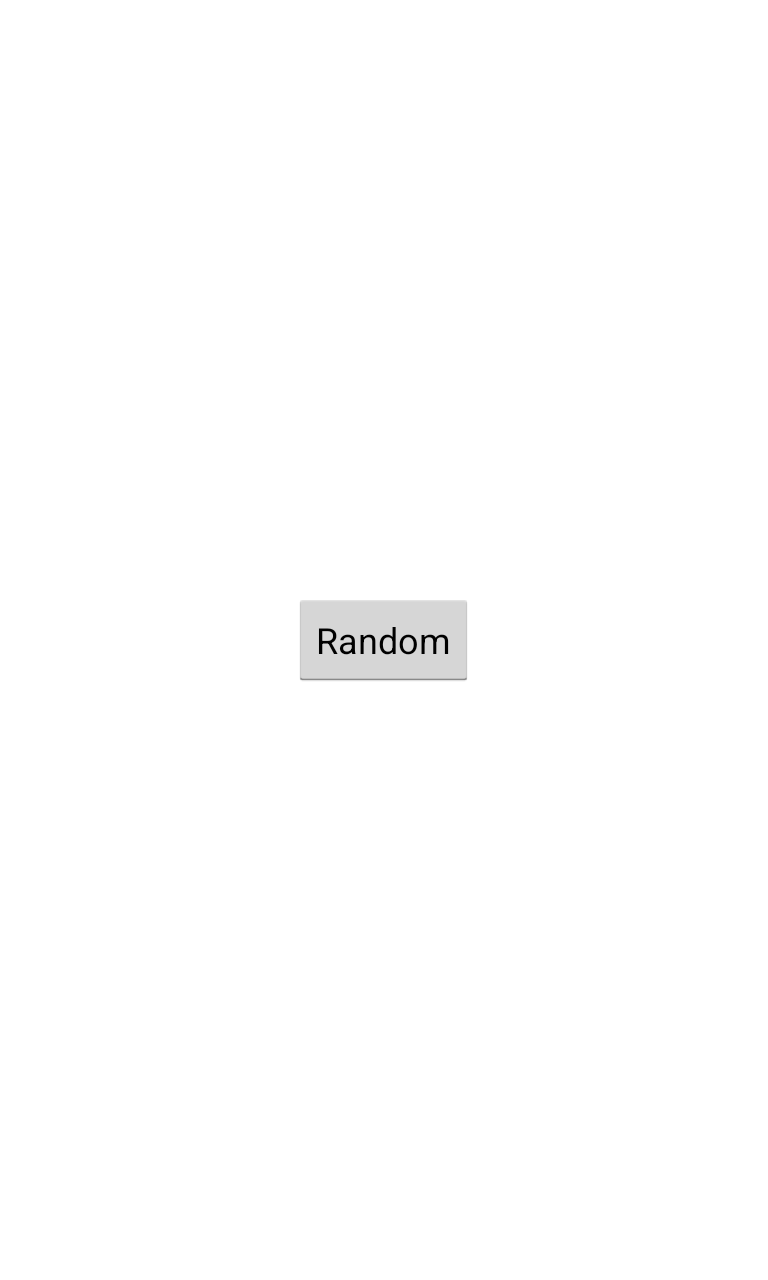
Repository: ek222mw/IDV436_API_Komponent
Layout: Labb1/res/layout/activity_main.xml
The author's editor kept a copy of each file at every save. The layout is drawn from the files as they stood at one save, then again after the next save.
It is drawn on a 768 x 1280 px phone screen (xhdpi) without system bars, with theme AppTheme; the app's code is not run. The app's manifest (not shown) leaves right-to-left support off. So textAlignment, textDirection and layoutDirection are ignored, and left and right values win over start and end ones.

Above is the layout before, as saved 2014-11-14 09:45:17.

After the next save:
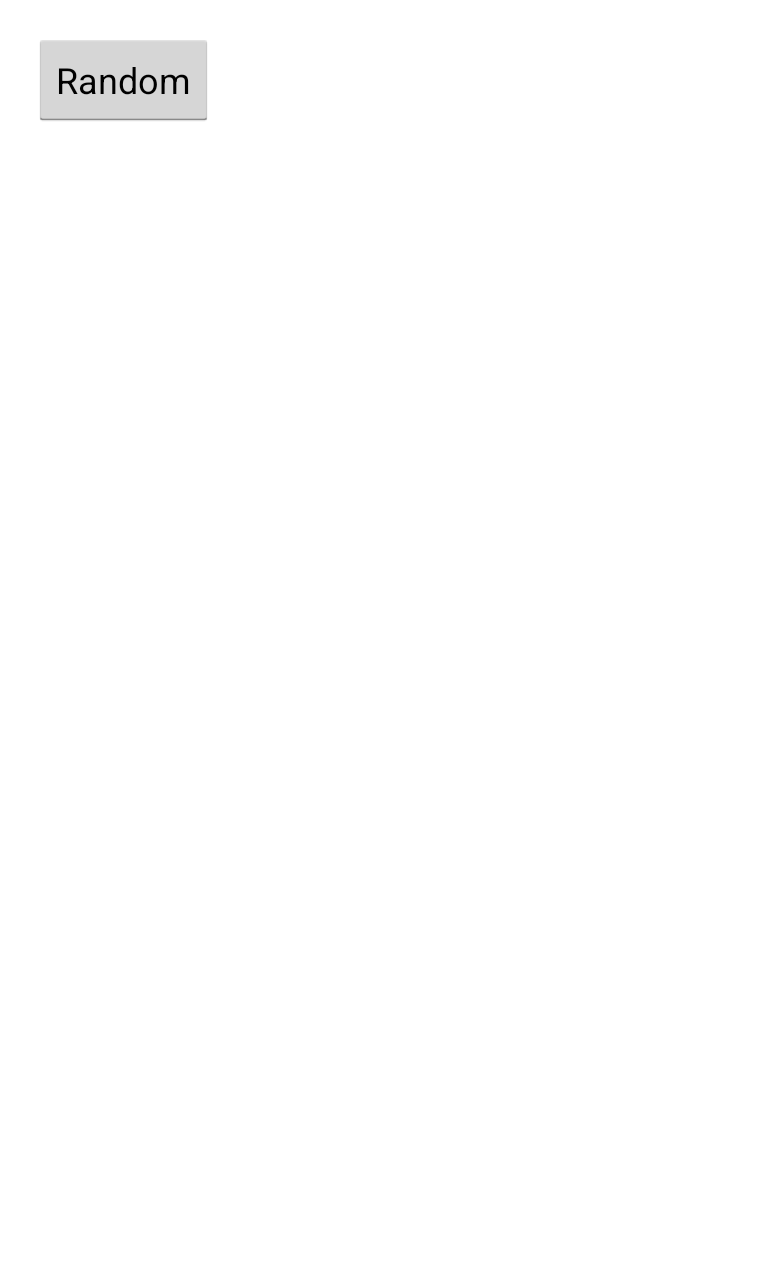
Saved 7 min 26 s later.
--- a/Labb1/res/layout/activity_main.xml
+++ b/Labb1/res/layout/activity_main.xml
@@ -1,4 +1,4 @@
-<RelativeLayout xmlns:android="http://schemas.android.com/apk/res/android"
+<LinearLayout xmlns:android="http://schemas.android.com/apk/res/android"
     xmlns:tools="http://schemas.android.com/tools"
     android:layout_width="match_parent"
     android:layout_height="match_parent"
@@ -6,7 +6,9 @@
     android:paddingLeft="@dimen/activity_horizontal_margin"
     android:paddingRight="@dimen/activity_horizontal_margin"
     android:paddingTop="@dimen/activity_vertical_margin"
-    tools:context="com.example.labb1.MainActivity" >
+    tools:context="com.example.labb1.MainActivity"
+    android:layoutDirection="Vertical"
+     >
 
     <Button
         android:id="@+id/button_send"
@@ -28,4 +30,4 @@
          />
 
 
-</RelativeLayout>
+</LinearLayout>
